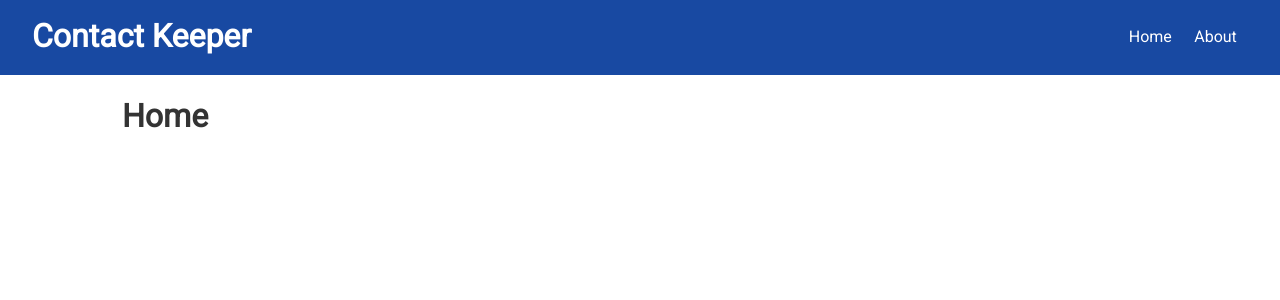
Repository: Izzazkhan/ContactStorage
Page: / (app in client/)
An editor plug-in stored every save of this project. The page is shown before and after the next save, followed by the edit.
The browser window is 1280 px wide. The pictures show the whole page.
The project was rebuilt for these pictures with package versions that can differ from the ones it lists, and the page was loaded fresh each time. A package was used in the major version that the imports need, not the one package.json lists. Also part of the build but not shown: client/src/components/pages/About.js.

Above is the page before, as saved 2020-01-21 09:16:10.

### client/public/index.html
<!DOCTYPE html>
<html lang="en">
  <head>
    <meta charset="utf-8" />
    <link rel="icon" href="%PUBLIC_URL%/favicon.ico" />
    <meta name="viewport" content="width=device-width, initial-scale=1" />
    <meta name="theme-color" content="#000000" />
    <meta
      name="description"
      content="Web site created using create-react-app"
    />
    <link rel="apple-touch-icon" href="%PUBLIC_URL%/logo192.png" />
    <link rel="manifest" href="%PUBLIC_URL%/manifest.json" />
    <title>ContactKeeper | Keep track of your contacts</title>
  </head>
  <body>
    <noscript>You need to enable JavaScript to run this app.</noscript>
    <div id="root"></div>
  </body>
</html>

### client/src/App.js
import React, {Fragment} from 'react';
import {BrowserRouter as Router, Route, Switch} from 'react-router-dom'
import Navbar from './components/layout/Navbar'
import Home from './components/pages/Home'
import About from './components/pages/About'

import ContactState from './context/contact/ContactState'
import './App.css';

const App = () => {
  return (
    <ContactState>
      <Router>
        <Fragment>
        <Navbar />
          <div className="container">
            <Switch>
              <Route exact path='/' component={Home} />
              <Route exact path='/about' component={About} />
            </Switch>
          </div>
        </Fragment>
      </Router>
    </ContactState>
  );
}

export default App;

### client/src/components/layout/Navbar.js
import React from 'react'
import PropTypes from 'prop-types';
import {Link} from 'react-router-dom'
const Navbar = ({ title, icon }) => {
    return (
        <div className="navbar bg-primary">
            <h1>
                <i className={icon} /> {title}
            </h1>
            <ul>
                <li>
                    <Link to='/'>Home</Link>
                </li>
                <li>
                    <Link to='/about'>About</Link>
                </li>
            </ul>
        </div>
    )
}

Navbar.propTypes = {
    title: PropTypes.string.isRequired,
    icon: PropTypes.string,
}

Navbar.defaultProps = {
    title: 'Contact Keeper',
    icon: 'fas fa-id-card-alt'
}
export default Navbar

### client/src/components/pages/Home.js
import React from 'react'

export const Home = () => {
    return (
        <div>
            <h1>Home</h1>
        </div>
    )
}
export default Home

### client/src/context/contact/ContactState.js
import React, {useReducer} from 'react'
import uuid from 'uuid'
import ContactContext from './contactContext'
import contactReducer from './contactReducer'
import {
    ADD_CONTACT,
    DELETE_CONTACT,
    SET_CURRENT,
    CLEAR_CURRENT,
    UPDATE_CONTACT,
    FILTER_CONTACTS,
    CLEAR_FILTER
} from '../types'

const ContactState = props => {
    const initialState = {
        contacts: [
            {
                id: 1,
                name: 'Jill johnson',
                email: 'jill@gmail.com',
                phone: '111-111-1111',
                type: 'personal'
            },
            {
                id: 2,
                name: 'Sara watson',
                email: 'sara@gmail.com',
                phone: '222-222-2222',
                type: 'personal'
            },
            {
                id: 3,
                name: 'Harry white',
                email: 'harry@gmail.com',
                phone: '333-333-3333',
                type: 'professional'
            }
        ]
    }

    const [state, dispatch] = useReducer(contactReducer, initialState)

    return (
        <ContactContext.Provider
        value={{
            contacts: state.contacts
        }}>
            {props.children}
        </ContactContext.Provider>
    )
}

export default ContactState

### client/src/context/contact/contactContext.js
import {createContext } from 'react'

const contactContext = createContext()

export default contactContext

### client/src/context/types.js
export const ADD_CONTACT = 'ADD_CONTACT'
export const DELETE_CONTACT = 'DELETE_CONTACT'
export const SET_CURRENT = 'SET_CURRENT'
export const CLEAR_CURRENT = 'CLEAR_CURRENT'
export const UPDATE_CONTACT = 'UPDATE_CONTACT'
export const CLEAR_FILTER = 'CLEAR_FILTER'
export const FILTER_CONTACTS = 'FILTER_CONTACTS'
export const SET_ALERT = 'SET_ALERT'
export const REMOVE_ALERT = 'REMOVE_ALERT'

### client/src/components/contacts/Contacts.js
import React, {Fragment, useContext} from 'react'
import ContactContext from '../../context/contact/contactContext'
const Contacts = () => {
    const contactContext = useContext(ContactContext);

    const {contacts} = contactContext
    return (
        <Fragment>
            {contacts.map(contact => <h3>{contact.name}</h3>)}
        </Fragment>
    )
}
export default Contacts

Loaded but not shown: client/src/index.js (common file); client/src/App.css (common file); client/src/context/contact/contactReducer.js (no stored copy; drawn as an empty file)

After the next save:
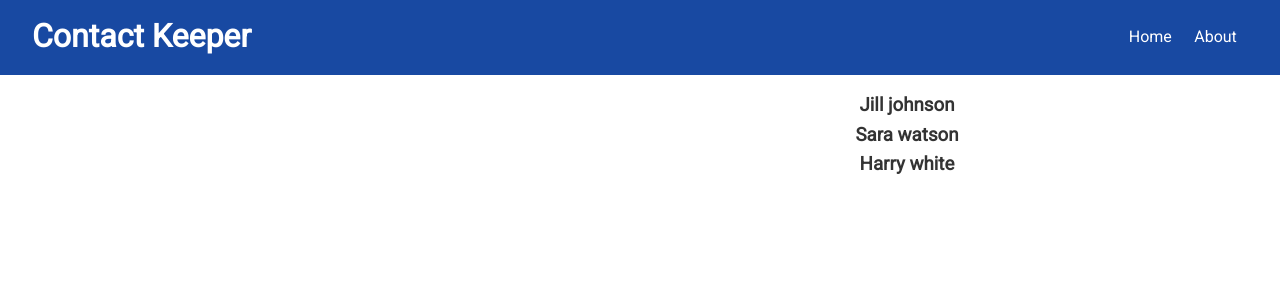
Saved 3 min 14 s later.
--- a/client/src/components/pages/Home.js
+++ b/client/src/components/pages/Home.js
@@ -1,9 +1,15 @@
 import React from 'react'
+import Contacts from '../contacts/Contacts'
 
 export const Home = () => {
     return (
-        <div>
-            <h1>Home</h1>
+        <div className="grid-2">
+            <div>
+                {/* ContactForm */}
+            </div>
+            <div>
+                <Contacts />
+            </div>
         </div>
     )
 }
